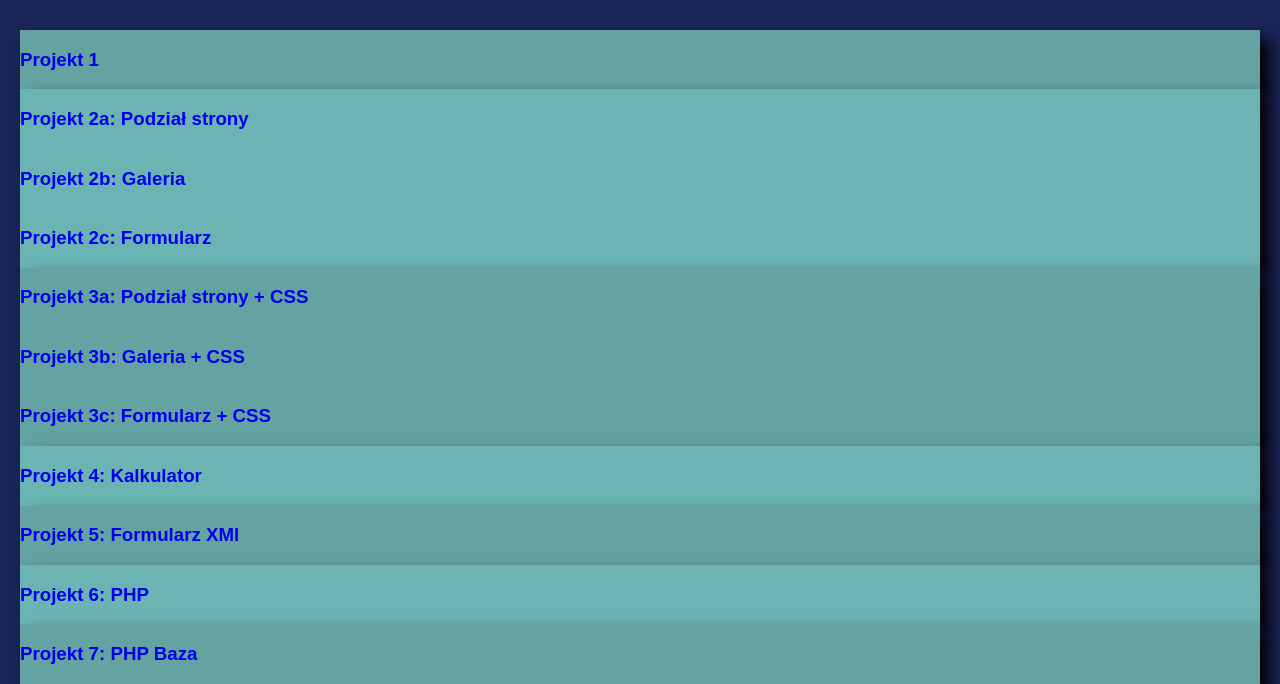
Repository: xdawix902/dawidfilipek1.github.io
Page: index.html
The author's editor kept a copy of each file at every save. The page is drawn from the files as they stood at one save, then again after the next save.
The browser window is 1280 px wide. The pictures show the part of the page from y = 87 to 771 px (the page is 771 px tall).

Above is the page before, as saved 2025-11-28 22:11:08.

### index.html
<!DOCTYPE html>
<html lang="en">
    <head>
        <meta charset="UTF-8">
        <meta name="viewport" content="width=device-width, initial-scale=1.0">
        <title>Moja Strona</title>
        <link rel="stylesheet" href="css/index_style.css">
    </head>
    <body>
        <header>Strona Dawida Filipka</header>

        <main>
            <div id="projektyNieParzyste">
                <a href="projekt1/projekt1.html">
                    <h3 class="naglowki">Projekt 1</h3>
                </a>
            </div>

            <div id="projektyParzyste">

                <a href="projekt2/projekt2a.html">
                    <h3 class="naglowki">Projekt 2a: Podział strony</h3>
                </a><br>

                <a href="projekt2/projekt2b.html">
                    <h3 class="naglowki">Projekt 2b: Galeria</h3>
                </a><br>

                <a href="projekt2/projekt2c.html">
                    <h3 class="naglowki">Projekt 2c: Formularz</h3>
                </a>
            </div>

            <div id="projektyNieParzyste">

                <a href="projekt3/projekt3a.html">
                    <h3 class="naglowki">Projekt 3a: Podział strony + CSS</h3>
                </a><br>

                <a href="projekt3/projekt3b.html">
                    <h3 class="naglowki">Projekt 3b: Galeria + CSS</h3>
                </a><br>

                <a href="projekt3/projekt3c.html">
                    <h3 class="naglowki">Projekt 3c: Formularz + CSS</h3>
                </a>
            </div>

            <div id="projektyParzyste">
                <a href="projekt4/projekt4.html">
                    <h3 class="naglowki">Projekt 4: Kalkulator</h3>
                </a>
            </div>

            <div id="projektyNieParzyste">

                <a href="projekt5/projekt5.html">
                    <h3 class="naglowki">Projekt 5: Formularz XMl</h3>
                </a>
            </div>

            <div id="projektyParzyste">
                <a href="projekt6/index.php">
                    <h3 class="naglowki">Projekt 6: PHP</h3>
                </a>
            </div>

            <div id="projektyNieParzyste">

                <a href="projekt5/projekt7.html">
                    <h3 class="naglowki">Projekt 7: PHP Baza</h3>
                </a>
            </div>


        </main>


    </body>
</html>

### css/index_style.css
header{
    background-image: url("../images/index/banner.jpg");
    background-size: cover;
    background-position: center;
    color: rgb(224, 224, 224);
    text-align: center;
    padding: 20px;
    font-size: 2.5em;
    font-weight: bold;
    font-family:'Times New Roman', Times, serif;

}

main{
    padding-left: 20px;
    padding-right: 20px;
    padding-top: 30px;
    font-family: Arial, Helvetica, sans-serif;
}


body{
    margin:0;
    padding: 0;
    background-color: rgb(28, 37, 88);
}

.naglowki{
    display:inline-block;
}

.naglowki:hover{
    color:brown;
}

#projektyNieParzyste{
    background-color: rgb(101, 163, 163);
    box-shadow: 10px 10px 15px;
}

#projektyParzyste{
    background-color: rgb(108, 180, 180);
    box-shadow: 10px 10px 15px;
}

After the next save:
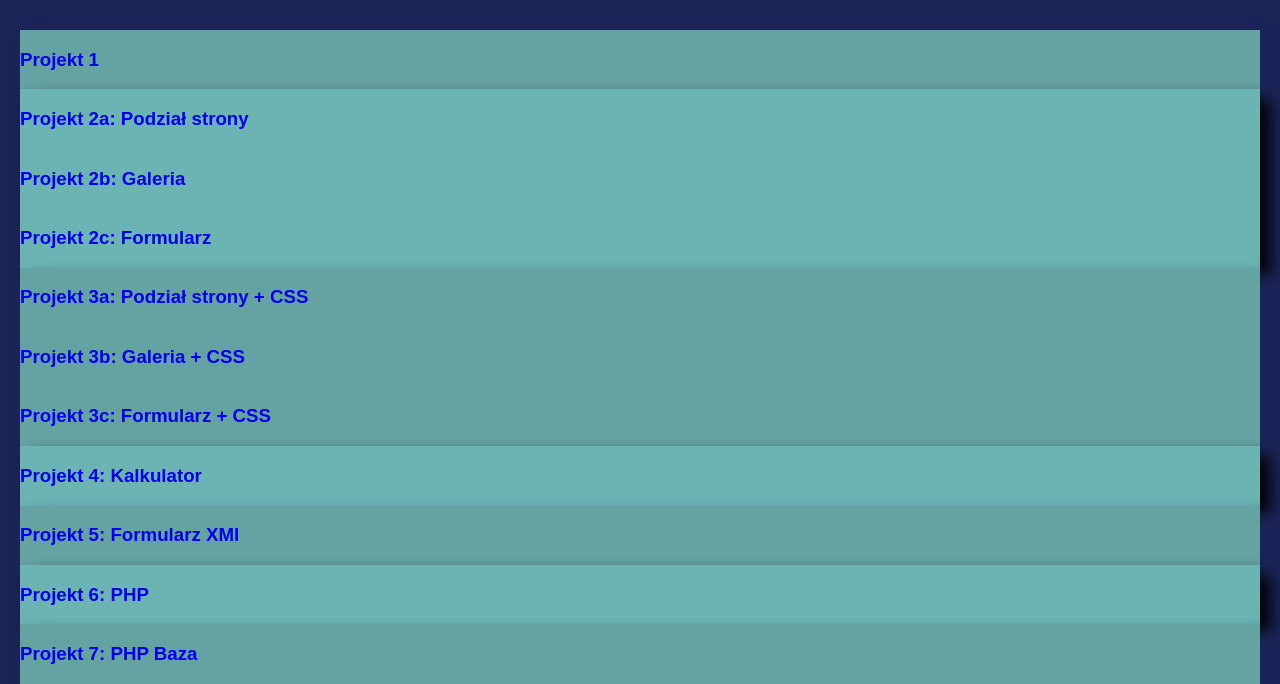
Saved 50 s later.
--- a/css/index_style.css
+++ b/css/index_style.css
@@ -36,6 +36,7 @@ body{
 #projektyNieParzyste{
     background-color: rgb(101, 163, 163);
     box-shadow: 10px 10px 15px;
+    color:rgb(28, 37, 88);
 }
 
 #projektyParzyste{
